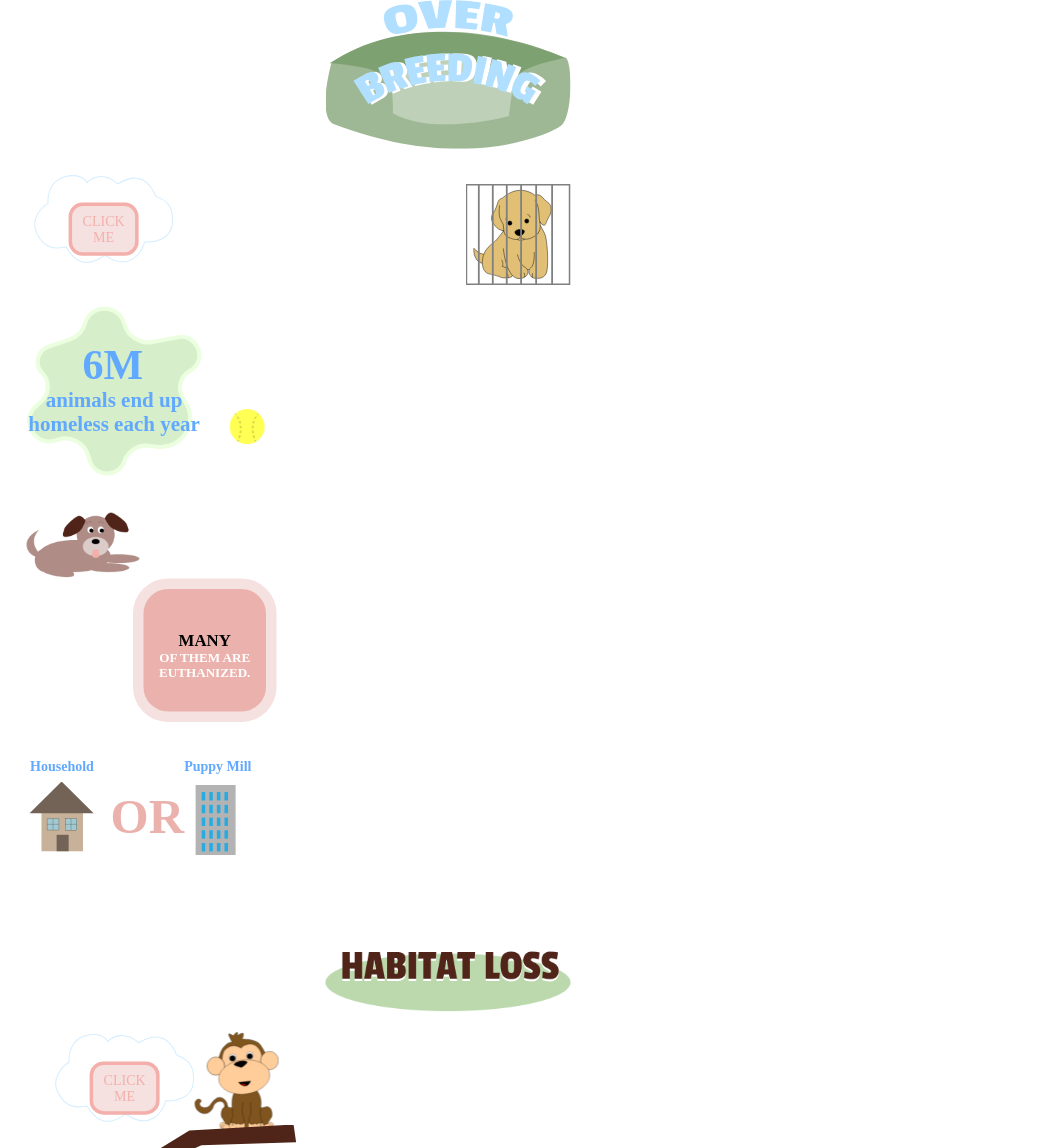
Repository: SoleilDagneau/MDIA2109Midterm
Page: index.html
An editor plug-in stored every save of this project. The page is shown before and after the next save, followed by the edit.
The browser window is 1280 px wide. The page is 1492 px wide, so the pictures cover 1492 px, including what lies to the right of the window. The pictures show the part of the page from y = 939 to 2579 px (the page is 4546 px tall), at 70% of full size.
Some web fonts or font styles are not loaded; a fallback is used.

Above is the page before, as saved 2022-03-05 11:46:19.
Console error: TypeError: Cannot set properties of null (setting 'innerText')

### index.html
<!DOCTYPE html>
<html lang="en">
<head>
    <meta charset="UTF-8">
    <meta http-equiv="X-UA-Compatible" content="IE=edge">
    <meta name="viewport" content="width=device-width, initial-scale=1.0">
    <title>Animal Cruelty</title>

    <link href="styles.css" rel="stylesheet">

    <link rel="preconnect" href="https://fonts.googleapis.com">
    <link rel="preconnect" href="https://fonts.gstatic.com" crossorigin>
    <link href="https://fonts.googleapis.com/css2?family=Passion+One:wght@400;700&display=swap" rel="stylesheet">
    <link rel="preconnect" href="https://fonts.googleapis.com">
    <link rel="preconnect" href="https://fonts.gstatic.com" crossorigin>
    <link href="https://fonts.googleapis.com/css2?family=Nunito&display=swap" rel="stylesheet">

    <script src="utils/speechbubble.js"></script>
    <script src="utils/clickbubble.js"></script>
    <script src="utils/squarecard.js"></script>
    <script src="utils/blobcard.js"></script>
    <script src="utils/bblobcard.js"></script>
    <script src="utils/ball.js"></script>
    <script src="utils/leafcard.js"></script>
    <script src="utils/rectcard.js"></script>

</head>
<body>
    <div class="titlepage">
        <div class="welcome_title">
            <img class="welcome" src="imgs/welcomecloud.png" alt="welcome title">
            <img class="welcomedog" src="imgs/corgi.png">
        </div>
    </div>

    <div class="content">
    <div class="overbreeding">

        <div class="conttitle">

            <img class="obtitle" src="imgs/overbreeding.svg" alt="overbreeding title">
        </div>
        <div class="contcage">
            <img class="cage" src="imgs/dogincage.svg" alt="dog in cage img">
            <the-clickbubble class="dogtext" desc_text="CLICK ME"></the-clickbubble>
            <the-speechbubble class="dogtextspeech" button_text="next..."></the-speechbubble>
        </div>
        <div class="contblob">
            <the-blobcard class="blob" blob_text="6M"
            blob_subtext="animals end up homeless each year">
            </the-blobcard>
        </div>

        <div class="dog2">
            <img class="dogpic2" src="imgs/layingdog.png">
        </div>

        <the-ball></the-ball>

        <the-squarecard class="htext" the_manytext="MANY" the_htext="OF THEM ARE EUTHANIZED."></the-squarecard>

        <div class="buildcont">
            <h3 class="housetext">Household</h3>
            <h3 class="puppymill">Puppy Mill</h3>
            <img class="house" src="imgs/house.svg">
            <img class="tower" src="imgs/building.svg">
            <h1 class="or">OR</h1>
        </div>

    </div>


    <div class="habitatloss">
        <div class="conttitle">
            <img class="hablosstitle" src="imgs/habitatloss.png" alt="habitat loss title">
        </div>
        <div>
            <img class="monkey" src="imgs/monkey.svg" alt="monkey picture" width="120px">
            <the-clickbubble class="monkeybubble" desc_text="CLICK ME"></the-clickbubble>
            <the-speechbubble class="monkeybubble, monkeyspeechbubble" button_text="next..."></the-speechbubble>
        </div>
        <div class="branchcont">
            <the-leafcard leaf_subtext="1000+"></the-leafcard>
        </div>
        <div class="habitatcont">
            <the-rectcard class="pinkcard" info_text="Orangutans are killed per year due to palm oil deforestation"></the-rectcard>
        </div>
        <div class="leaf">
            <img src="imgs/leaf.svg" alt="leaf" width="200px">
        </div>
        <div class="graphcont">
            <img src="imgs/percent.svg" alt="pi graph" width="200px">
        </div>
        <div class="rectcont">
        <the-rectcard info_text="of ALL endangered species are threatened by habitat loss."></the-rectcard>
        </div>


    </div>


    <div class="cosmetictesting">
        <div class="conttitle">
            <img class="obtitle, CATheader" src="imgs/CATheader.png" alt="cosmetictesting title">
        </div>


        <div class="contblob">
            <the-blueblob class="testingblob1" blob_text="88%"></the-blueblob>
        </div>


        <div class="contcard">
            <the-squarecard info_text="of top beauty brands still fund animal testing">
            </the-squarecard>
        </div>

        <div class="contblob">
            <the-blueblob class="testingblob3" blob_text="95%"></the-blueblob>
        </div>

        <div class="contcard">
            <the-squarecard class="contcard1" info_text="of all drugs that are shown to be safe and effective in
            animal tests, fail in human tests.">
            </the-squarecard>
        </div>
        <div class="contmouse">
            <img class="mouse" src="imgs/mouse-02.svg" alt="mouse img">
            <the-clickbubble class="mouseclick" desc_text="CLICK ME"></the-clickbubble>
            <the-speechbubble class="mouseclick, mousespeechbub" button_text="next..."></the-speechbubble>
        </div>

</div>
</body>
</html>

### styles.css
.titlepage{
    display:block;
    position: relative;
    top:170px;
    left:-40px;
}


.welcome{
    display: flex;
    position: relative;
    margin: auto;
    top: 50px;
    left: 30px;
    right: 90px;
    justify-content: center;
}

.welcomedog {
    display:flex;
    margin: auto;
    position: relative;
    left: 135px;
    top: -80px;
    right: 90px;
    justify-content: center;
}
/*--------------------------END OF TITLE SECTION-------------------------------*/
.overbreeding{
    display:block;
    position:relative;
    top:300px;


}
.obtitle{
    width:350px;
    display: flex;
    position:relative;
    margin: auto;
}
.cage{
    width:150px;
    display: flex;
    position: relative;
    left: 100px;
    top: 50px;
    margin: auto;

}
.dogtext{
    display: flex;
    position:absolute;
    top:250px;
    left:40px;
    margin: auto;
}

.dogtextspeech {
    display: flex;
    position:absolute;
    top:230px;
    left:10px;
    margin: auto;
}
.blob{
    display: flex;
    position:relative;
    left:30px;
    top:80px;
}
.htext{
    display:flex;
    position: relative;
    left: 150px;
    top:-80px;
}
.house{
    width:100px;
    height:100px;
    display:flex;
    position:relative;
    left:30px;

}
.tower{
    width:100px;
    height:100px;
    display:flex;
    position:relative;
    left:250px;
    top:-95px;
}
.housetext{
    font-family: 'passion one', cursive;
    font-size:20px;
    color:#61A8FF;
    display:inline;
    position:relative;
    left:35px;
    bottom:10px;
}
.puppymill{
    font-family: 'passion one', cursive;
    font-size:20px;
    color:#61A8FF;
    display:inline;
    position:relative;
    left:160px;
    bottom: 10px;
}
.or{
    font-family: 'passion one', cursive;
    font-size:70px;
    color:#EBB2AD;
    display:inline;
    position:relative;
    top:-190px;
    left:150px;
}
.buildcont{
    display:inline;
    position:relative;
    top:-50px;
}
.dog2{
    display:flex;
    position:relative;
    left: 30px;
}


/*------------------END OF SECTION 1----------------------------*/
.cosmetictesting {
    display:block;
    position:relative;
    top:230px;
    left: 75px;
}

.CATheader {
    position:relative;
    right:75px;
}
.testingblob1 {
    display: flex;
    position:absolute;
    right:210px;
    top:175px;
}

.contcard {
    display: flex;
    position:relative;
    top:160px;
    left: 100px;
}

.testingblob3 {
    display: flex;
    position:relative;
    right:70px;
    top:120px;
}

.contcard1 {
    display: flex;
    position:relative;
    bottom: 120px;
    left: -5px;
}

.mouse {
    width:200px;
    height: 200px;
    display: flex;
    position: absolute;
    left: 120px;
    top: 1000px;
    margin: auto;
}

.mouseclick {
    display: flex;
    position:absolute;
    top:950px;
    left:-50px;
    margin: auto;
}

.mousespeechbub {
    display: flex;
    position:absolute;
    top:920px;
    left:-80px;
    margin: auto;
}

/* -------------------------------END OF SECTION 2-------------------------------*/
.contmonkey {
    display:flex;
    left: 350px;
    justify-content: flex-end;
    margin-right: 50px;
    margin-top: 20px;
    top: -100px;
}

.contcard3 {
    display:flex;
    justify-content: flex-end;
}

.hablosstitle {
    width:350px;
    display: flex;
    position:relative;
    margin: auto;
    top: 170px;
}

.habitatloss {
    position: relative;
    top: 30px;

}

.monkey {
    position: relative;
    top: 200px;
    left: 270px;
    animation: bounce2 2s ease infinite;
}

@keyframes bounce2 {
	0%, 20%, 50%, 80%, 100% {transform: translateY(0);}
	40% {transform: translateY(-30px);}
	60% {transform: translateY(-15px);}
}

.monkeybubble {
    position: absolute;
    top: 300px;
    left: 70px;
}

.monkeyspeechbubble {
    position: absolute;
    top: 290px;
    left: 30px;
}
.branchcont {
    position: relative;
    top: 187px;
    left: 15px;
    width: 400px;
}


.habitatcont {
    position: relative;
    left: 200px;
}

.pinkcard {
    position: relative;
    right: 110px;
    top: 55px;
}

.leaf {
    position: relative;
    right: 30px;
    top: 100px;
}

.graphcont {
    position: relative;
    left: 220px;
    bottom: -60px;
}

.rectcont {
    position: relative;
    left: 35px;
    top: 90px;;
}

.content {
    position: relative;
    top: 200px;
}

### utils/clickbubble.js
//MUST HAVE - CREATE A TEMPLATE TAG
var template_clickbubble = document.createElement("template"); //<template> </template> RULE

//To-do - CREATE THE UI HERE!
template_clickbubble.innerHTML = `

<style>
    #desc_text {
        font-family:'passion one', cursive;
        color: #F4AFAB;
        font-size:20px;
        padding: 10px;
        background-color:#F4E1E0;
        border: 5px solid #F4AFAB;
        border-radius: 20px;
        position: absolute;
        display:flex;
        justify-content:center;
        top:-10px;

        margin:50px;
    }
    img{
        width: 200px;
    }
    #click_bubble{
        display:flex;
    }
</style>
<div id="click_bubble">
    <img src="imgs/cloud.svg" alt="cloud svg"/>
        <button id="desc_text">
            CLICK ME
        </button>
</div>

`;

//MUST HAVE - CREATE A CLASS WITH HTMLELEMENT POWERS (interfaces/functionalities)
class TheClickBubble extends HTMLElement {

    //MUST HAVE - CREATE A CONSTRUCTOR TO DO INITAL ASSOCIATIONS
    constructor(){
        super(); //pass on the HTMLElement super powers!
        this.attachShadow({mode:"open"}) //Attach it to the shadowRoot

        //To-do - CREATE THE STATES FOR THE UI HERE!
    }

    //MUST HAVE - FUNCTION THAT RUNS AFTER IT'S CONNECTED
    connectedCallback(){
        this.shadowRoot.appendChild(template_clickbubble.content.cloneNode(true));
        this.shadowRoot.querySelector("#desc_text").innerText = this.getAttribute("desc_text"); //use the template to make a clone
        this.shadowRoot.querySelector("#desc_text").onclick = () => {
            this.buttonDisappear();
            document.querySelector(".dogtextspeech").buttonAppear(this.getAttribute("desc_text"));
            document.querySelector(".monkeyspeechbubble").buttonAppear(this.getAttribute("desc_text"));
            document.querySelector(".mousespeechbub").buttonAppear(this.getAttribute("desc_text"));

        }
    }

    //To-do - CREATE THE FUNCTIONALITIES HERE!
    buttonDisappear() {
        this.shadowRoot.querySelector("#click_bubble").style.cssText = `
        display:none;
        `
    }
}

//MUST HAVE - define the tag for the custom elements
customElements.define("the-clickbubble", TheClickBubble)

### utils/bblobcard.js
//MUST HAVE - CREATE A TEMPLATE TAG
var template_blueblob = document.createElement("template"); //<template> </template> RULE

//To-do - CREATE THE UI HERE!
template_blueblob.innerHTML = `
<style>
    #blob_text {
        font-family:'passion one', cursive;
        font-size:80px;
        color:#F4AFAB;
        position:absolute;
        text-align:center;
        top:25px;
        left:50px;
    }

    #the_blueblob{
        width:250px;
    }
</style>

<div id="the_blueblob">
    <img id="" src="imgs/blueblob.svg" alt=""/>
         <h1 id="blob_text">
                blob text
         </h1>
</div>

`;

//MUST HAVE - CREATE A CLASS WITH HTMLELEMENT POWERS (interfaces/functionalities)
class TheBlueBlob extends HTMLElement {

    //MUST HAVE - CREATE A CONSTRUCTOR TO DO INITAL ASSOCIATIONS
    constructor(){
        super(); //pass on the HTMLElement super powers!
        this.attachShadow({mode:"open"}) //Attach it to the shadowRoot

        //To-do - CREATE THE STATES FOR THE UI HERE!
    }

    //MUST HAVE - FUNCTION THAT RUNS AFTER IT'S CONNECTED
    connectedCallback(){
        this.shadowRoot.appendChild(template_blueblob.content.cloneNode(true)); //use the template to make a clone
        this.shadowRoot.querySelector("#blob_text").innerText = this.getAttribute("blob_text");
    }

    //To-do - CREATE THE FUNCTIONALITIES HERE!
}

//MUST HAVE - define the tag for the custom elements
customElements.define("the-blueblob", TheBlueBlob)

### utils/ball.js
//MUST HAVE - CREATE A TEMPLATE TAG
var template_ball = document.createElement("template"); //<template> </template> RULE

//To-do - CREATE THE UI HERE!
template_ball.innerHTML = `
<style>
.ballpic{
    width:50px;
    display: flex;
    position: relative;
    left:20rem;
    top:-15rem;
    animation: bounce2 2s ease infinite;
}
@keyframes bounce2 {
	0%, 20%, 50%, 80%, 100% {transform: translateY(0);}
	40% {transform: translateY(-30px);}
	60% {transform: translateY(-15px);}
}
</style>

<div class="ball">
       <img class="ballpic" src="imgs/ball.svg" alt="ball img">
</div>
`;

//MUST HAVE - CREATE A CLASS WITH HTMLELEMENT POWERS (interfaces/functionalities)
class TheBall extends HTMLElement {

    //MUST HAVE - CREATE A CONSTRUCTOR TO DO INITAL ASSOCIATIONS
    constructor(){
        super(); //pass on the HTMLElement super powers!
        this.attachShadow({mode:"open"}) //Attach it to the shadowRoot

        //To-do - CREATE THE STATES FOR THE UI HERE!
    }

    //MUST HAVE - FUNCTION THAT RUNS AFTER IT'S CONNECTED
    connectedCallback(){
        this.shadowRoot.appendChild(template_ball.content.cloneNode(true));

    }

    //To-do - CREATE THE FUNCTIONALITIES HERE!

}


//MUST HAVE - define the tag for the custom elements
customElements.define("the-ball", TheBall)

### utils/leafcard.js
//MUST HAVE - CREATE A TEMPLATE TAG
var template_leafcard = document.createElement("template"); //<template> </template> RULE

//To-do - CREATE THE UI HERE!
template_leafcard.innerHTML = `

<style>

    #leaf_subtext{
        font-size:35px;
        color:#FFF;
        font-family:'passion one', cursive;
        display:block;
        position:relative;
        text-align:left;
        top:-120px;
        right: -20px;

    }

</style>
<div class="container">
    <div id="the_leafcard">
        <img id="" src="imgs/leafwithbranch.svg" alt=""/>
            <h3 id="leaf_subtext">
                leaf subtext
            </h3>
    </div>
</div>
`;

//MUST HAVE - CREATE A CLASS WITH HTMLELEMENT POWERS (interfaces/functionalities)
class TheLeafCard extends HTMLElement {

    //MUST HAVE - CREATE A CONSTRUCTOR TO DO INITAL ASSOCIATIONS
    constructor(){
        super(); //pass on the HTMLElement super powers!
        this.attachShadow({mode:"open"}) //Attach it to the shadowRoot

        //To-do - CREATE THE STATES FOR THE UI HERE!
    }

    //MUST HAVE - FUNCTION THAT RUNS AFTER IT'S CONNECTED
    connectedCallback(){
        this.shadowRoot.appendChild(template_leafcard.content.cloneNode(true));
        this.shadowRoot.querySelector("#leaf_subtext").innerText = this.getAttribute("leaf_subtext");
         //use the template to make a clone
    }

    //To-do - CREATE THE FUNCTIONALITIES HERE!
}

//MUST HAVE - define the tag for the custom elements
customElements.define("the-leafcard", TheLeafCard)

### utils/rectcard.js
//MUST HAVE - CREATE A TEMPLATE TAG
var template_rectcard = document.createElement("template"); //<template> </template> RULE

//To-do - CREATE THE UI HERE!
template_rectcard.innerHTML = `
<style>
#infocard {
    width: 350px;
    height: 80px;
    background-color:#77C5FF;
    border-radius: 8px;
    padding: 5px;
    box-sizing: border-box;
}

#info_text {
    display:flex;
    justify-content:center;
    font-size:18px;
    font-family: 'nunito', sans-serif;
    color: white;
    padding: 10px;
    text-align: center;
}

</style>

<div id="infocard" class="scrollone">
<div id="info_text">
info text
</div>
</div>
`;

//MUST HAVE - CREATE A CLASS WITH HTMLELEMENT POWERS (interfaces/functionalities)
class TheRectCard extends HTMLElement {

    //MUST HAVE - CREATE A CONSTRUCTOR TO DO INITAL ASSOCIATIONS
    constructor(){
        super(); //pass on the HTMLElement super powers!
        this.attachShadow({mode:"open"}) //Attach it to the shadowRoot

        //To-do - CREATE THE STATES FOR THE UI HERE!
    }

    //MUST HAVE - FUNCTION THAT RUNS AFTER IT'S CONNECTED
    connectedCallback(){
        this.shadowRoot.appendChild(template_rectcard.content.cloneNode(true)); //use the template to make a clone
        this.shadowRoot.querySelector("#info_text").innerText = this.getAttribute("info_text");
    }

    //To-do - CREATE THE FUNCTIONALITIES HERE!

}

//MUST HAVE - define the tag for the custom elements
customElements.define("the-rectcard", TheRectCard)

Loaded but not shown: utils/squarecard.js (76 lines, source omitted); utils/blobcard.js (66 lines, source omitted); utils/speechbubble.js (71 lines, source omitted)

After the next save:
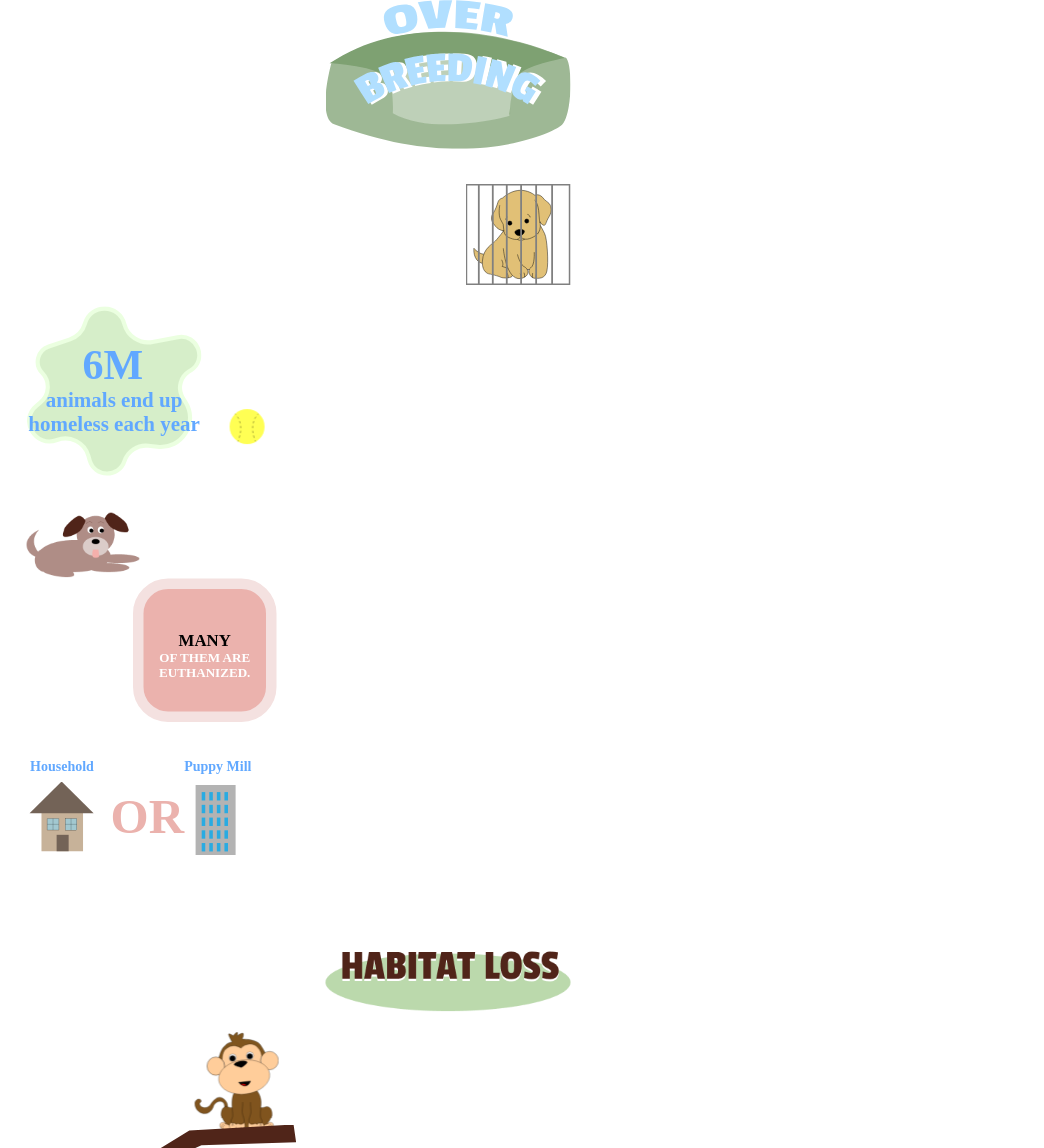
Console error: SyntaxError: Unexpected token '{'
Saved 108 s later.
--- a/utils/clickbubble.js
+++ b/utils/clickbubble.js
@@ -54,10 +54,11 @@
         this.shadowRoot.querySelector("#desc_text").onclick = () => {
             this.buttonDisappear();
             document.querySelector(".dogtextspeech").buttonAppear(this.getAttribute("desc_text"));
+        }
+        this.shadowRoot.querySelector("#desc_text").onclick = () => {
+            this.buttonDisappear();
             document.querySelector(".monkeyspeechbubble").buttonAppear(this.getAttribute("desc_text"));
-            document.querySelector(".mousespeechbub").buttonAppear(this.getAttribute("desc_text"));
 
-        }
     }
 
     //To-do - CREATE THE FUNCTIONALITIES HERE!

After the 3 saves that followed:
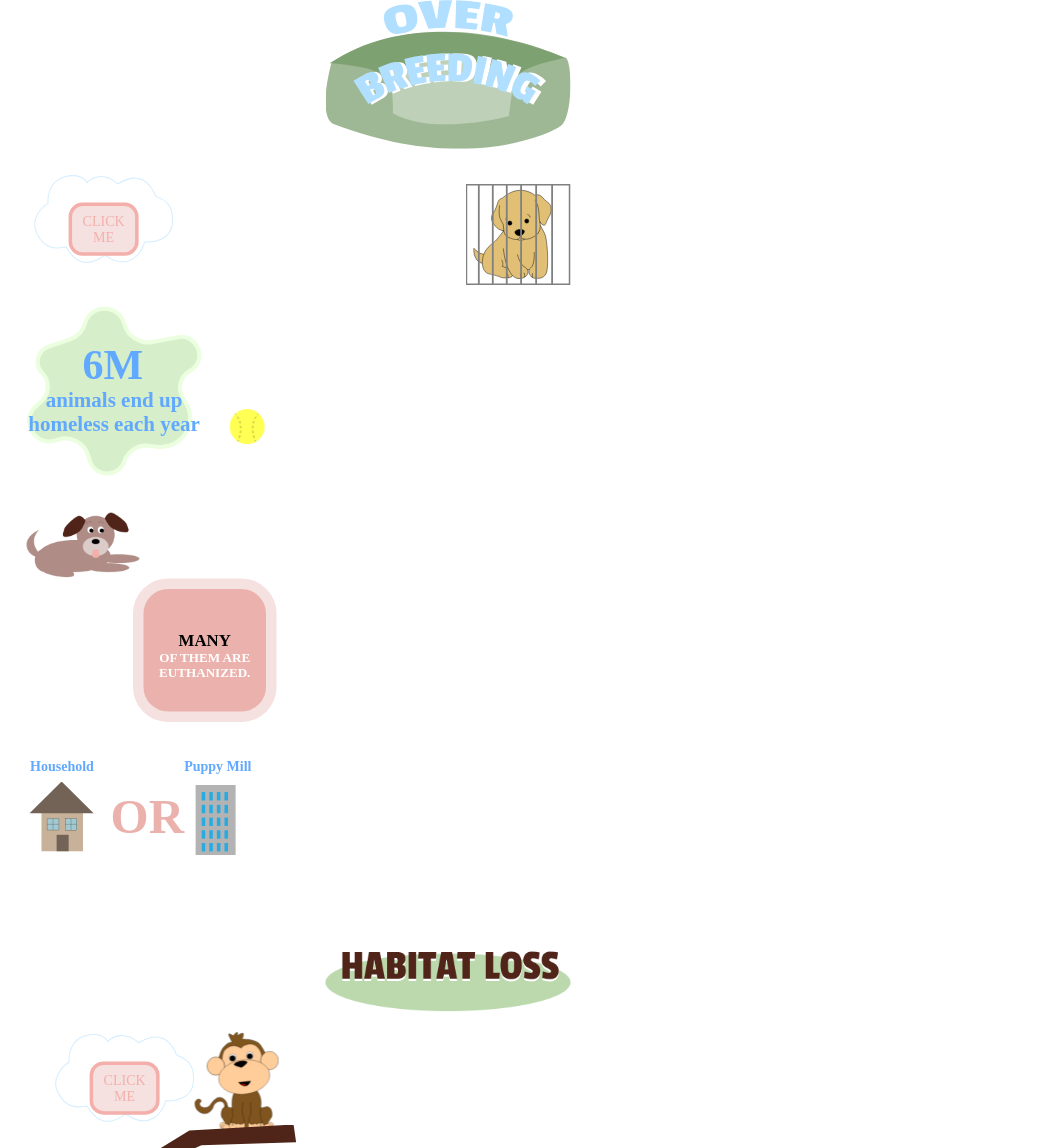
Console error: TypeError: Cannot set properties of null (setting 'innerText')
The 3 saves are shown as one change because 2 left the picture as it was.
The last was saved 69 s later.
--- a/utils/clickbubble.js
+++ b/utils/clickbubble.js
@@ -58,6 +58,7 @@
         this.shadowRoot.querySelector("#desc_text").onclick = () => {
             this.buttonDisappear();
             document.querySelector(".monkeyspeechbubble").buttonAppear(this.getAttribute("desc_text"));
+        }
 
     }
 
